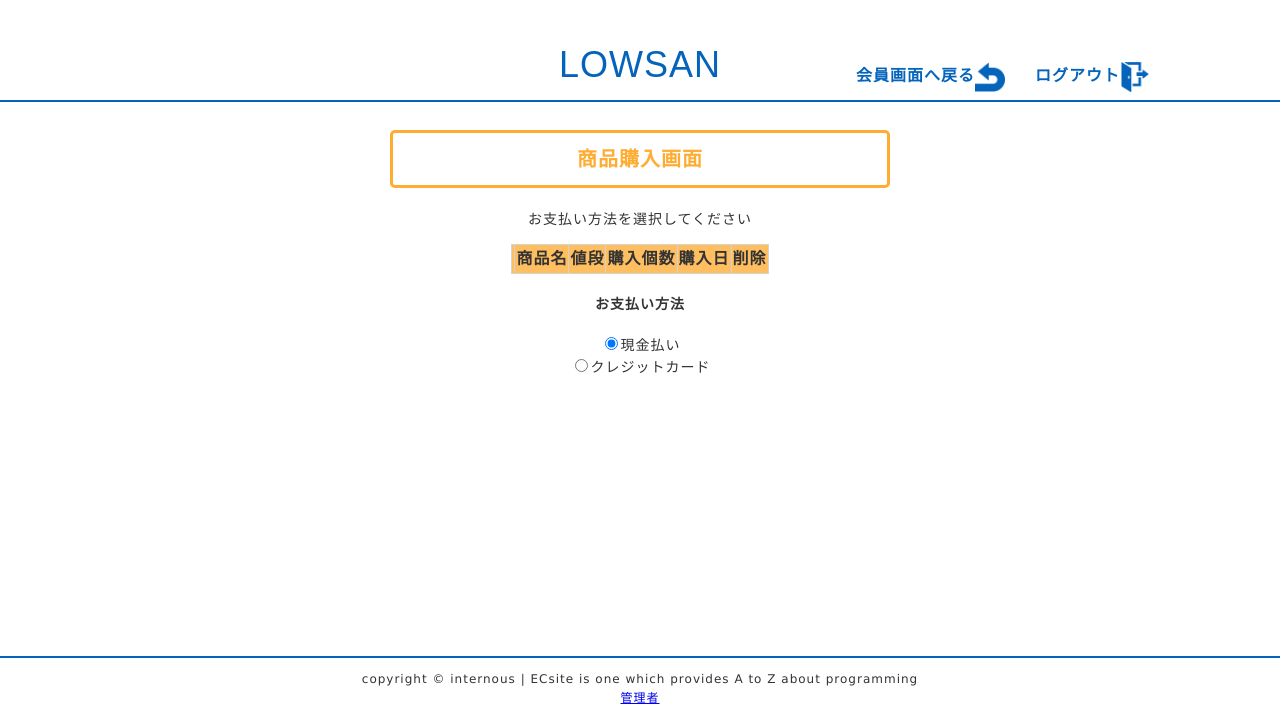
Repository: nishimura0212/myECsite
Page: http://localhost/ecsite/buyItem.jsp
An editor plug-in stored every save of this project. The page is shown before and after the next save, followed by the edit.
The browser window is 1280 px wide. The pictures show the whole page.
The page is served by Tomcat 9. Other server files are loaded and not shown.

Above is the page before, as saved 2019-01-02 14:32:18.

### ecsite/WebContent/buyItem.jsp
<%@ page language="java" contentType="text/html; charset=UTF-8"
    pageEncoding="UTF-8"%>
<%@ taglib prefix="s" uri="/struts-tags" %>
<!DOCTYPE html>
<html>
<head>
<meta http-equiv="Content-Type" content="text/html; charset=UTF-8"/>
<meta http-equiv="Content-Script-Type" content="text/javascript"/>
<meta http-equiv="imagetoolbar" content="no"/>
<meta name="description" content=""/>
<meta name="keywords" content=""/>
<title>商品購入画面</title>
<link rel="stylesheet" type="text/css" href="css/style.css">
</head>
<body>
	<div id="header">
		<p>LOWSAN</p>
		<div id="header-icon">
			<ul>
				<li class="icon">
					<a href="GoUserAction">
					会員画面へ戻る<img src="./img/icon/back.png" width="30px" height="30px">
					</a>
				</li>
				<li class="icon">
					<a href="LogoutAction">
					ログアウト<img src="./img/icon/logout.png" width="30px" height="30px">
					</a>
				</li>
			</ul>
		</div>
	</div>
	<div id="main">
		<div id="top">
			<p>商品購入画面</p>
		</div>
		<p class="comment">お支払い方法を選択してください</p>
		<table class="history-table">
			<tr>
				<th></th>
				<th>商品名</th>
				<th>値段</th>
				<th>購入個数</th>
				<th>購入日</th>
				<th>削除</th>
			</tr>
			<s:iterator value="cartList">
				<tr>
					<td class="td-img"><img
						src='<s:property value="itemImage"/>' class="buy-item-image"></td>
					<td><s:property value="item" /></td>
					<td><s:property value="totalPrice" /><span>円</span></td>
					<td><s:property value="totalCount" /><span>個</span></td>
					<td><s:property value="insert_date" /></td>
					<td><input type="checkbox" name="delete"
						value='<s:property value="id"/>' /></td>
				</tr>
			</s:iterator>
		</table>
		<div class="pay-method">
			<h4>お支払い方法</h4>
			<input type="radio" name="pay" value="1" checked="checked">現金払い
			<br><input type="radio" name="pay"value="2">クレジットカード
		</div>
	</div>
	<div id="footer">
		<p>copyright &copy; internous | ECsite is one which provides A to Z about programming<br/>
		<a href = '<s:url action="AdminAction"/>'>管理者</a></p>
	</div>
</body>
</html>

### ecsite/WebContent/css/style.css
@CHARSET "UTF-8";

/* bodyレイアウト */
body{
	margin: 0;
	padding: 0;
	height: 100%;
	height: auto;
	line-height: 1.6;
	letter-spacing: 1px;
	font-family: Verdana,Helvetica,sans-serif;
	font-size: 12px;
	color: #333;
	background: #fff;
}

/* headerレイアウト */
#header{
	position: fixed;
	left: 0;
	top: 0;
	z-index: 2;
	width: 100%;
	height: 100px;
	text-align: center;
	background-color: #fff;
	border-bottom: 2px solid #0464bb;
}
#header p{
	color: #0464bb;
	font-family: "メイリオ",sans-serif;
	font-size: 36px;
}
#header-icon{
	position: absolute;
	top: 50px;
	right: 100px;
}
#header-icon .icon{
	float: left;
	margin: 0 auto;
	margin-right: 30px;
	list-style-type: none;
	font-size: 16px;
	font-weight: bold;
}
#header-icon .icon img{
	clear: both;
	vertical-align: middle;
}
#header-icon .icon a{
	color: #0464bb;
	text-decoration:none;
}
.icon:hover{
	cursor: pointer;
}

/* mainレイアウト */
#main{
	position: relative;
	top: 110px;
	width: 100%;
	padding-bottom: 60px;
}

.waku{
	margin-top: 50px;
}

/* 見出しレイアウト */
#top{
	width: 500px;
	margin: 0px auto;
	margin-top: 10px;
	text-align: center;
}
#top p{
	font-size: 20px;
	font-weight: bold;
	border: 3px solid #FFAD32;
	border-radius: 5px;
	color: #FFAD32;
	background-color: #fff;
	padding: 10px 0px;
}

/* tableレイアウト */
.table{
	margin: 0 auto;
	width: 800px;
	font-size: 24px;
	padding: 40px 30px 50px 20px;
	background-color: #FFFDEB;
	color: #FFAD32;
	border-radius: 10px;
}

/* ログイン画面 */
.textarea{
	width: 100%;
	height: 30px;
	font-size: 22px;
	padding-left: 1%;
	border-radius: 15px;
}
input[type="text"]:focus {
	border: 2px solid #FFD493;
	outline: 0;
}
input[type="password"]:focus {
	border: 2px solid #FFD493;
	outline: 0;
}
.error{
	margin: 0 auto;
	width: 500px;
	text-align: center;
}
.error p{
	color: #FF5151;
	font-size: 14px;
}
.single{
	margin-top: 20px;
	text-align: center;
	padding: 20px;
}
.single_btn{
	width: 100px;
	height: 40px;
	padding: 5px;
	background-color: #FFAD32;
	font-size: 12px;
	font-weight: bold;
	color: white;
	border-color: none;
	border-radius: 20px;
}
.single_btn:hover{
	background-color: #F99500;
	cursor: pointer;
}

/* 会員画面 */
.comment{
	text-align: center;
	font-size: 14px;
}
.main-text{
	text-align: center;
	margin-top: 10px;
}
.userButton{
	margin-top: 20px;
	width: 300px;
	height: 100px;
	color: #FFFDEB;
	font-size: 24px;
	background-color: #FFAD32;
	border-radius: 20px;
}
.userButton:hover{
	cursor: pointer;
	background-color: #F99500;
}

/* カテゴリ選択画面 */
.categoryBox{
	margin: 0 auto;
	margin-top: 30px;
	width: 600px;
	text-align: center;
}
.category{
	margin: 0 auto;
	display: inline-block;
	text-align: center;
}
.categoryCircle{
	margin: 0 auto;
	float: left;
}
.circle{
	width: 200px;
	height: 200px;
	margin: 0px 20px 10px 20px;
	border-radius: 50%;
	font-size: 30px;
	border: 5px solid #FFBF60;
	background-color: #FFFDEB;
}
.circle:hover{
	background-color: #FFBF60;
	color: #FFFDEB;
	border: none;
	cursor: pointer;
}
#empty{
	clear: both;
}

/* 商品選択画面 */
.item-wrap{
	width: 700px;
	margin: 30px auto;
	height: 100%;
	padding-bottom: 60px;
}
.itemBox{
	width: 300px;
	height: 250px;
	text-align: center;
	border: 2px dotted gray;
	margin: 20px 20px 20px 20px;
	background-color: #f9fcb6;
}
.itemBox img{
	width: 250px;
	height: 250px;
}
.itemName{
	margin: 0;
	font-size: 15px;
}
.flex-container{
	display: inline-flex;
}

/* 商品購入画面 */
.containerA{
	margin: 0 auto;
	margin-top: 20px;
	margin-right: 50px;
	text-align: center;
}
.left{
	width: 300px;
	height: 300px;
}
.left img{
	width: 100%;
}
.right{
	height: 300px;
	font-size: 20px;
	margin-top: 30px;
	border-collapse: collapse;
}
.td-left{
	text-align: center;
	background-color: #FFBF60;
	border: 1px solid lightgray;
}
.td-right{
	text-align: left;
	padding: 0px 10px;
	border: 1px solid lightgray;
}
.td-submit{
	background-color: #fff;
}
.select{
	width: 50px;
	font-size: 20px;
}
.select:hover{
	cursor: pointer;
}
.block{
	width: 100px;
	display: block;
}

/* 商品購入確認画面 */
.containerB{
	margin: 0 auto;
	margin-left: 150px;
	text-align: center;
}
.button{
	position: relative;
	top: 350px;
	right: 210px;
}
.gray_btn{
	width: 100px;
	height: 40px;
	padding: 5px;
	background-color: #808080;
	font-size: 12px;
	font-weight: bold;
	color: white;
	border-color: none;
	border-radius: 20px;
}
.gray_btn:hover{
	background-color: #666666;
	cursor: pointer;
}

/* 商品購入完了画面 */
.center{
	width: 400px;
	margin: 0 auto;
	margin-top: 50px;
}
.comment p{
	height: 50px;
	line-height: 50px;
	font-size: 16px;
	border: 2px solid gray;
	border-radius: 5px;
}

/* 商品購入履歴画面 */
.history-table{
	margin:0 auto;
	font-size: 16px;
	border-collapse: collapse;
	border: 1px solid lightgray;
	text-align: center;
}
.history-table th{
	border: 1px solid lightgray;
}
.history-table td,.td-img{
	border: 1px solid lightgray;
}
.history-table tr:first-child{
	background-color: #FFBF60;
}
.td-img img{
	width: 100px;
	height: 100px;
}

/* 商品購入画面 */
.pay-method{
	text-align: center;
	font-size: 14px;
}
.pay-method h5{
	border: 1px solid red;
}






.buy-item-button{
	margin: 20px;
	width: 100px;
	height: 50px;
	background-color: #eee;
	border-radius: 20%;
}
.buy-item-button:hover{
	cursor: pointer;
	background-color: #f9fcb6;
}
.pointer:hover{
	cursor: pointer;
}
.button1{
	margin: 0 20px auto;
	float: left;
}
.submit{
	width: 300px;
	height: 400px;
	border-radius: 10%;
	background-color: #f8f8f8;
	font-size: 30px;
}
.submit:hover{
	box-shadow: none;
	background-color: #ffff80;
	cursor: pointer;
}
#text-link{
	display: inline-block;
	text-align: right;
}
#text-right{
	display: inline-block;
	text-align: right;
}
.text-right{
	display: inline-block;
	margin-left: 4%;
}
#wrap{
	margin: 0 40% auto;
}
#left{
	float: left;
	width: 50%;
}
#right{
	float: left;
	width: 50%;
}
.text-center{
	display: inline-block;
	text-align: center;
}
#text{
	clear: left;
	padding-top: 20px;
	width: 780px;
	margin: 30px auto;
}
.text{
	text-align: center;
}
#list{
	border: 2px dotted gray;
	width: 500px;
	height: 100px;
	background-color: lightyellow;
	margin: 30px auto;
}
#list ul li{
	display: inline-block;
	list-style-type: none;
	margin-right: 2em;
}
#button{
	display: inline-block;
	text-align: center;
}
#empty{
	clear: both;
}
.button{
	margin: 0 auto;
	float: left;
	margin-right: 10px;
}
.button:hover{
	cursor: pointer;
}
.category_button{
	margin: 0 auto;
	float: left;
}
.item{
	width: 200px;
	height: 200px;
	margin: 0px 20px 10px 20px;
	border-radius: 50%;
	font-size: 30px;
}





/* footerレイアウト */
#footer{
	clear: both;
	position: fixed;
	left: 0;
	bottom: 0;
	z-index: 2;
	width: 100%;
	background-color: #fff;
	border-top: 2px solid #0464bb;
}
#footer p{
	text-align: center;
}

After the next save:
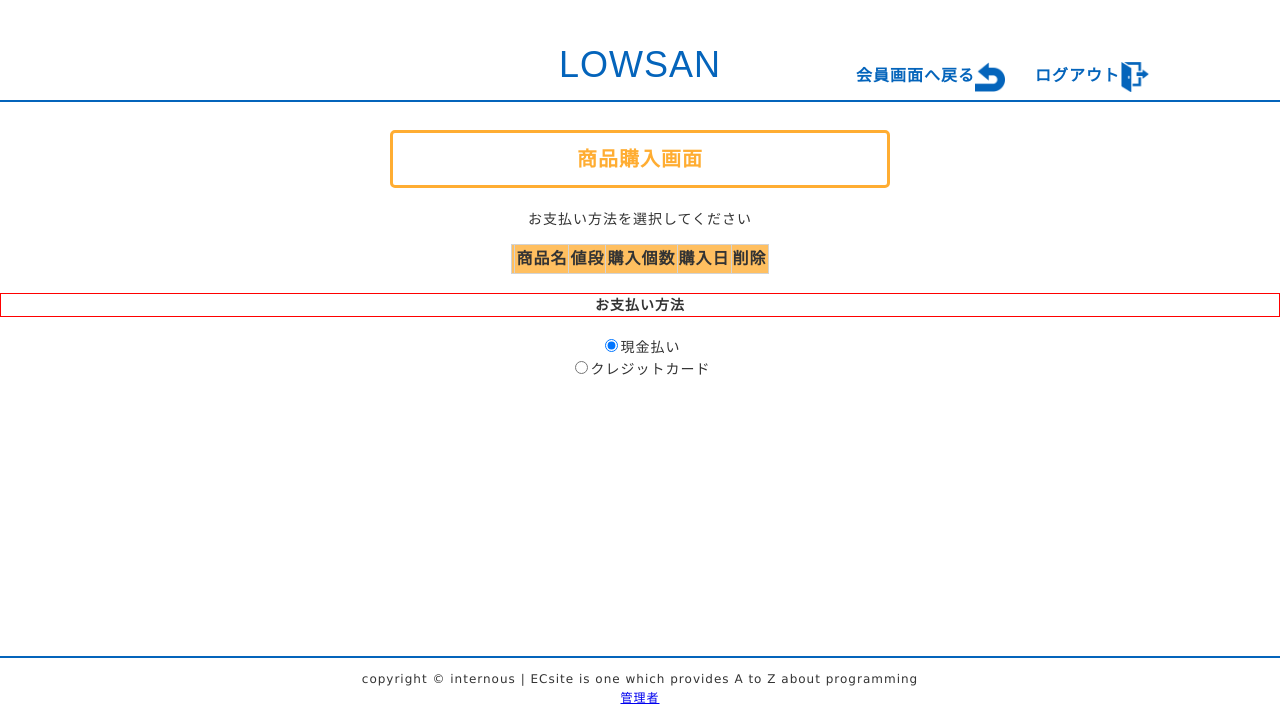
Saved 18 s later.
--- a/ecsite/WebContent/css/style.css
+++ b/ecsite/WebContent/css/style.css
@@ -340,7 +340,7 @@ input[type="password"]:focus {
 	text-align: center;
 	font-size: 14px;
 }
-.pay-method h5{
+.pay-method h4{
 	border: 1px solid red;
 }
 

After the 2 saves that followed:
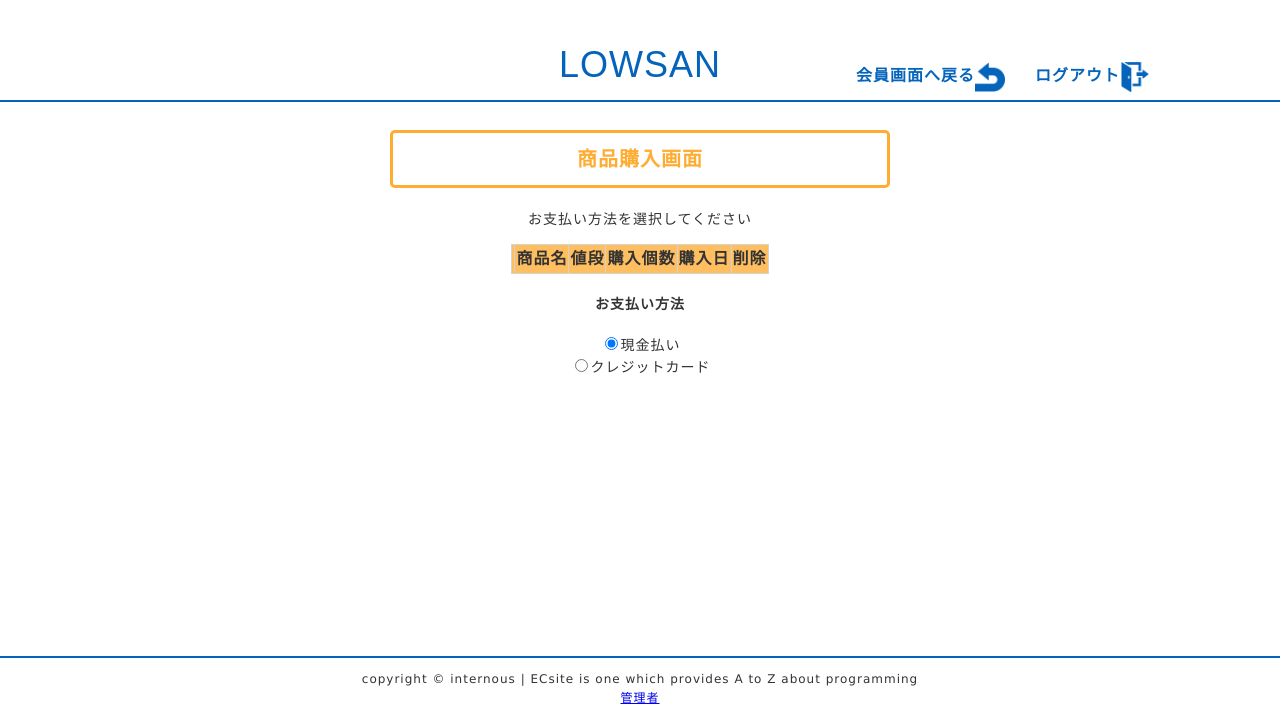
The 2 saves are shown as one change because 1 left the picture as it was.
The last was saved 54 s later.
--- a/ecsite/WebContent/buyItem.jsp
+++ b/ecsite/WebContent/buyItem.jsp
@@ -57,10 +57,10 @@
 				</tr>
 			</s:iterator>
 		</table>
-		<div class="pay-method">
+		<div class="comment">
 			<h4>お支払い方法</h4>
-			<input type="radio" name="pay" value="1" checked="checked">現金払い
-			<br><input type="radio" name="pay"value="2">クレジットカード
+			<input type="radio" name="pay" value="1" checked="checked" class="radio">現金払い
+			<br><input type="radio" name="pay"value="2" class="radio">クレジットカード
 		</div>
 	</div>
 	<div id="footer">
